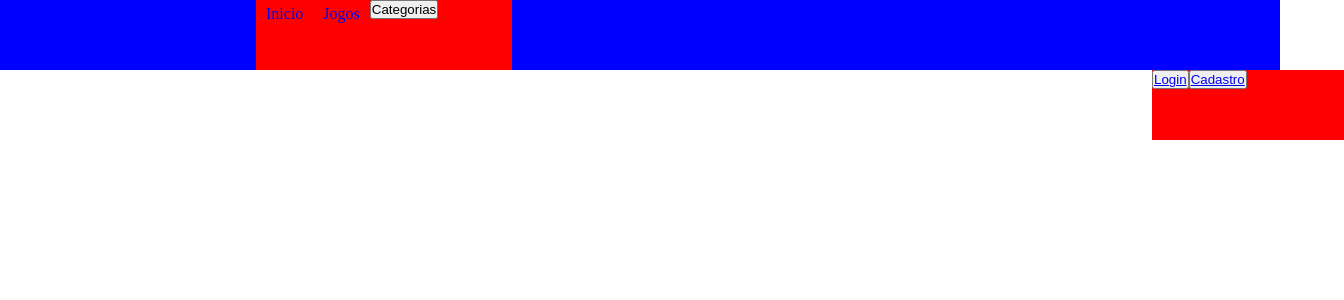
Repository: MarcoantonioCaldeira/Projeto-Go-Gamming
Page: /
These files come from the project's save history. The page is drawn as it stood at one moment and after the next save; the edit follows.
The browser window is 1280 px wide. The page is 1344 px wide, then 1280 px, so the pictures cover 1344 px, including what lies to the right of the window. The pictures show the whole page.
The project was rebuilt for these pictures with package versions that can differ from the ones it lists, and the page was loaded fresh each time. Also part of the build but not shown: src/pages/Inicio/estilo.css, src/pages/rodape/rodape.js, src/pages/Inicio/Inicio.js, src/pages/Jogos/Jogos.js, src/pages/Categorias/Acao.js, src/pages/Categorias/Aventura.js, src/pages/Categorias/Arcades.js, src/pages/Categorias/Familia.js and 7 more.

Above is the page before, as saved 2023-02-05 14:03:39.

### src/App.js
import ReactDOM from "react-dom/client";
import "./fonts/Poppins.ttf";
import { BrowserRouter, Routes, Route } from "react-router-dom";

import Menu from "./pages/Menu/Menu";
import Inicio from "./pages/Inicio/Inicio";

//Categorias
import Jogos from "./pages/Jogos/Jogos";
import Acao from "./pages/Categorias/Acao";
import Aventura from "./pages/Categorias/Aventura";
import Arcades from "./pages/Categorias/Arcades";
import Familia from "./pages/Categorias/Familia";
import Independentes from "./pages/Categorias/Independentes";
import Jogos_RPG from "./pages/Categorias/Jogos_RPG";
import Gratuitos from "./pages/Categorias/Gratuitos";
import Terror from "./pages/Categorias/Terror";
import Suspence from "./pages/Categorias/Suspence";


import Login from "./pages/Login/Login";
import Cadastro from "./pages/Cadastro/Cadastro";

function App() {
  return (
   <BrowserRouter>
    <Routes>
      <Route path="/" element={<Menu />}>
        <Route path="Inicio" element={<Inicio />}/>
        <Route path="jogos" element={< Jogos />}/>
          <Route path="Acao" element={<Acao />}/>
          <Route path="Aventura" element={<Aventura />}/>
          <Route path="Arcades" element={<Arcades />}/>
          <Route path="Familia" element={<Familia />}/>
          <Route path="Independentes" element={<Independentes />}/>
          <Route path="Jogos_RPG" element={<Jogos_RPG />}/>
          <Route path="Gratuitos" element={<Gratuitos />}/>
          <Route path="Terror" element={<Terror />}/>
          <Route path="Suspence" element={<Suspence />}/>
        <Route path="Login" element={<Login />}/>
        <Route path="Cadastro" element={<Cadastro />}/>
      </Route>
    </Routes>
   </BrowserRouter>
  );
}

const root = ReactDOM.createRoot(document.getElementById('root'))
root.render(<App />);
export default App;

### src/pages/Menu/Menu.js
import { Outlet, Link } from "react-router-dom";
import './estilo.css';


const Menu = () => {
  return (
      <>
        <nav id="nav_bar">
          <ul id="menu">
            <li>
              <Link to="./Inicio">Inicio</Link>
            </li>
            <li>
              <Link to="./Jogos">Jogos</Link>
            </li>
            <div class="dropdown" >
              <button class="dropbtn">Categorias</button>
                  <div class="dropdown-content">
                    <a><Link to="./Acao">Ação</Link></a>
                    <a><Link to="./Aventura">Aventura</Link></a>
                    <a><Link to="./Arcades">Arcades</Link></a>
                    <a><Link to="./Familia">Familia</Link></a>
                    <a><Link to="./Independentes">Independetes</Link></a>
                    <a><Link to="./Jogos_RPG">Jogos_RPG</Link></a>
                    <a><Link to="./Gratuitos">Gratuitos</Link></a>
                    <a><Link to="./Terror">Torror</Link></a>
                    <a><Link to="./Suspence">Suspence</Link></a>
                  </div>
            </div>
          </ul>
          <div id="area_cliente">
            <button><Link to="./Login">Login</Link></button>
            <button><Link to="./Cadastro">Cadastro</Link></button>
          </div>
        </nav>
        <Outlet />
      </>
  )
};

export default Menu;

### src/pages/Menu/estilo.css

*{
    margin: 0;
    padding: 0;
}

/* a, ul{
    display: inline;
    color: white;
    text-decoration: none !important;
    font-family: Arial;
} */


#nav_bar{
    width: 100%;
    height: 70px;
    background-color: blue;
}


#menu{
    width:20%;
    height: 70px;
    margin-left: 20%;
    background-color: red;
    list-style:none;
}

#nav_bar li{
    position:relative;
    float:left;
}

#nav_bar li a{ text-decoration:none; padding:5px 10px; display:block;}

/* DropDown Button */

.dropdown {
    position: relative;
    display: inline-block;
}


.dropbtn {
    /* background-color: #4CAF50; */
    /* color: white; */
    /* padding: 16px; */
    /* font-size: 16px; */
    /* border: none; */
    /* cursor: pointer; */
}


.dropdown-content {
    display: none;
    position: absolute;
    background-color: #f9f9f9;
    font-weight: 500;
    font-family: 'Montserrat', sans-serif;;
    min-width: 160px;
    box-shadow: 0px 8px 16px 0px rgba(0,0,0,0.2);
    z-index: 1;
  }

  .dropdown-content a {
    color: black;
    padding: 12px 16px;
    text-decoration: none;
    display: block;
  }

  .dropdown-content a:hover {background-color: #f1f1f1}


  .dropdown:hover .dropdown-content {
    display: block;
  }

  /* Area do Cliente */

  #area_cliente{
    position: relative;
    width: 15%;
    margin-left: 90%;
    height: 70px;
    background-color: red;
  }

Loaded but not shown: public/index.html (common file); src/index.js (common file); src/reportWebVitals.js (common file)

After the next save:
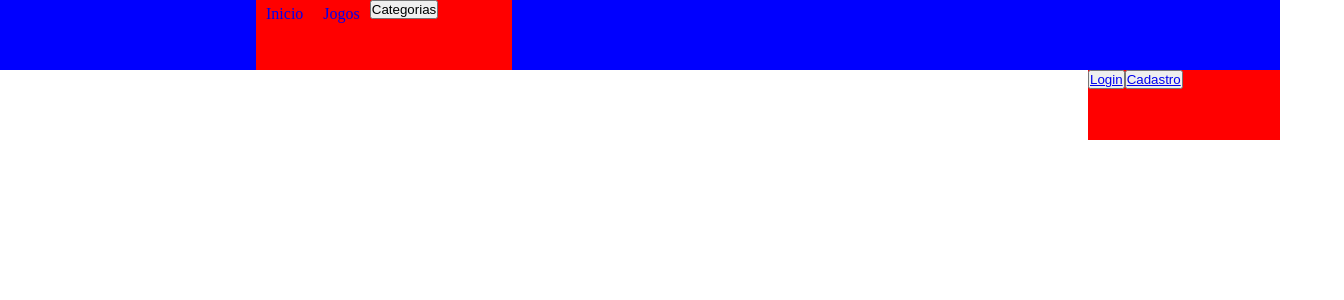
Saved 7 s later.
--- a/src/pages/Menu/estilo.css
+++ b/src/pages/Menu/estilo.css
@@ -82,7 +82,7 @@
   #area_cliente{
     position: relative;
     width: 15%;
-    margin-left: 90%;
+    margin-left: 85%;
     height: 70px;
     background-color: red;
   }
